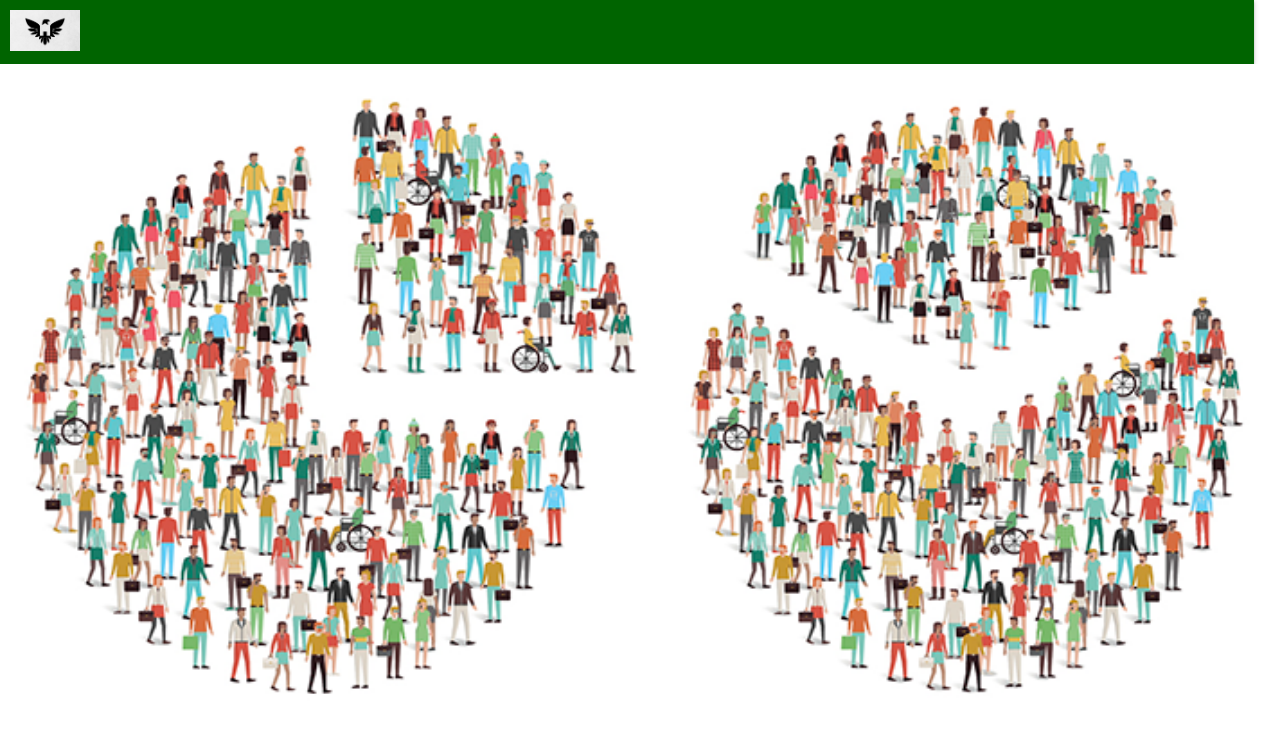
Repository: deepakgautam/SurveyApplication
Page: / (app in client/)
The author's editor kept a copy of each file at every save. The page is drawn from the files as they stood at one save, then again after the next save.
The browser window is 1280 px wide. The pictures show the whole page.
The page's requests for data from a server got no answer. The project was rebuilt for these pictures with package versions that can differ from the ones it lists, and the page was loaded fresh each time. No one was signed in, and anything a server would have sent is missing. Also part of the build but not shown: client/src/components/payments.js, client/src/components/surveys/surveyList.js, client/src/components/dashboard.js, client/src/components/surveys/surveyFields.js, client/src/utils/validateEmails.js, client/src/components/surveys/formFields.js, client/src/components/surveys/surveyForm.js, client/src/components/surveys/surveyFormReview.js and 1 more.

Above is the page before, as saved 2018-06-24 22:06:28.

After the next save:
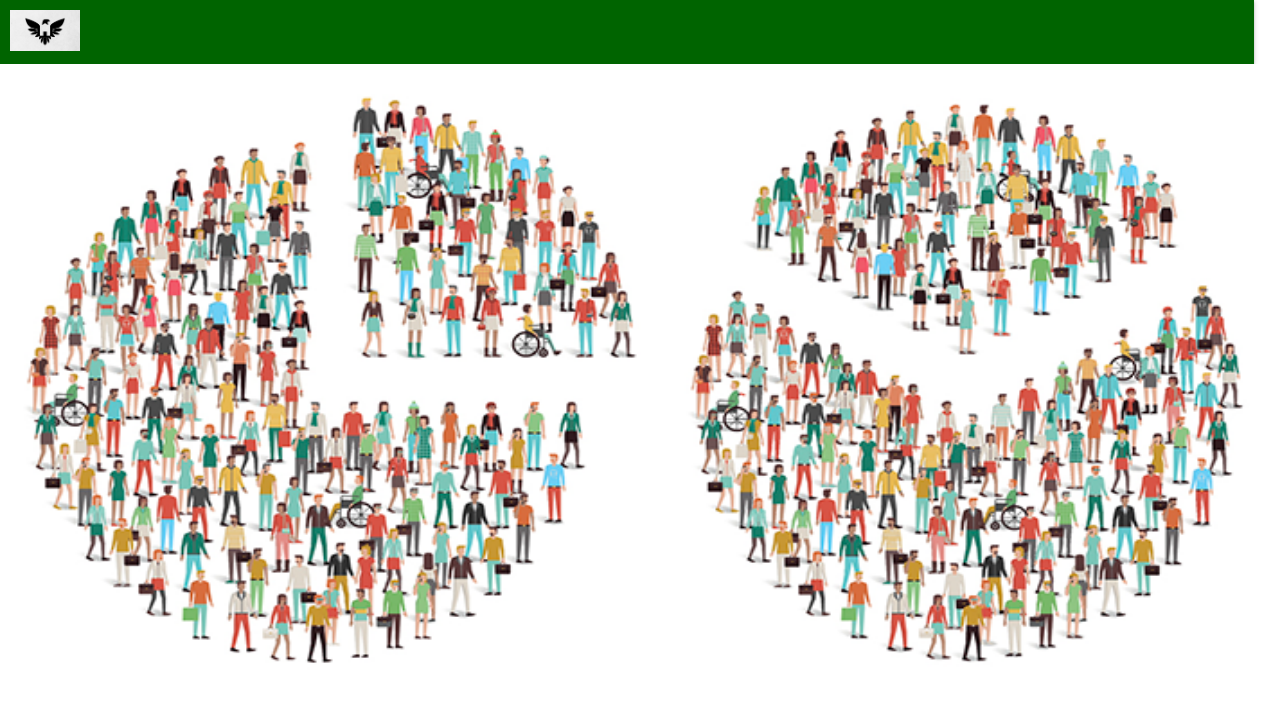
Saved 14 s later.
--- a/client/src/components/landing.js
+++ b/client/src/components/landing.js
@@ -3,7 +3,7 @@ import Background from '../images/Year-end-survey-712.png'
 class  Landing  extends Component {
     constructor(){
         super ();
-        this.state = { windowHeight : window.innerHeight-30+'px'};
+        this.state = { windowHeight : window.innerHeight-64+'px'};
     }
     getStyle() {
         return  {
